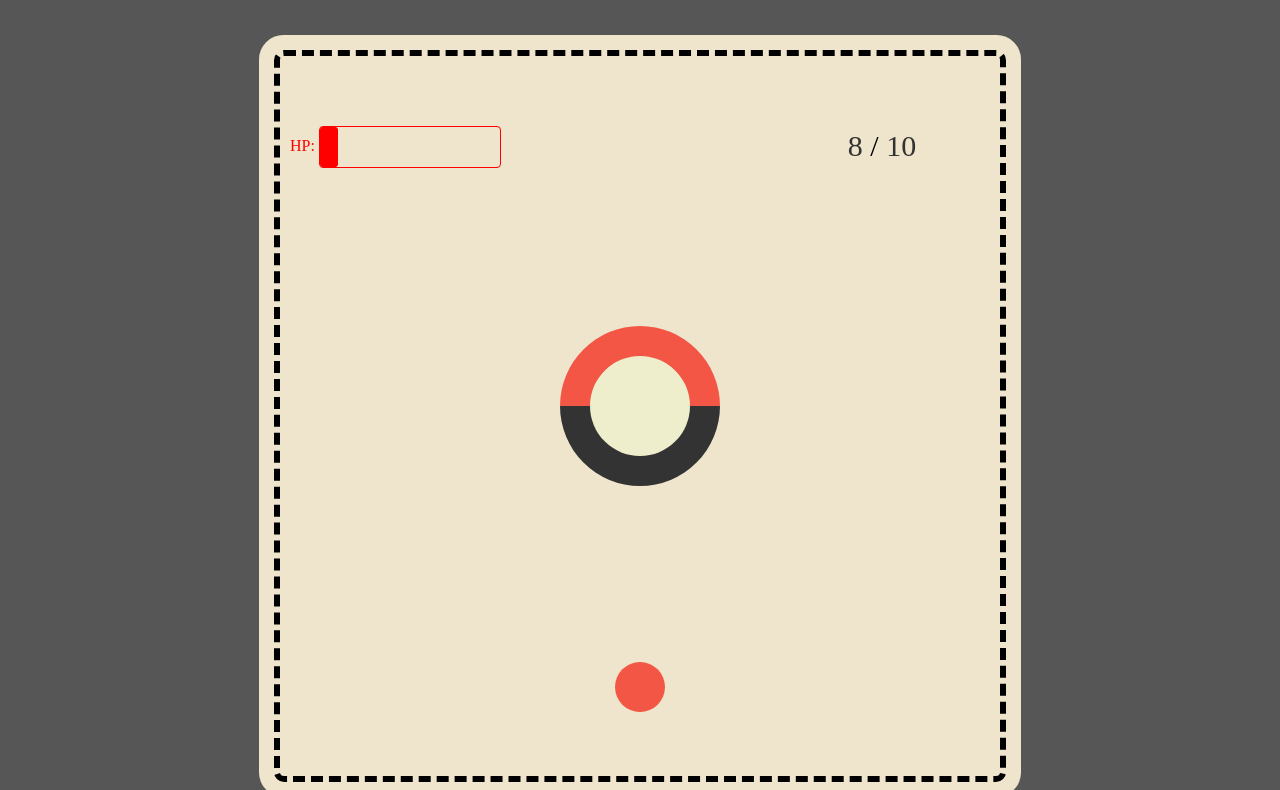
Repository: EEETA/ball-game
Page: theBall2/index.html
These files come from the project's save history. The page is drawn as it stood at one moment and after the next save; the edit follows.
The browser window is 1280 px wide. The pictures show the whole page.
After loading, the first visible `button.start` was clicked once.

Above is the page before, as saved 2018-07-29 17:05:21.

### theBall2/index.html
<!DOCTYPE html>
<html lang="en">
<head>
    <meta charset="UTF-8">
    <title>theBall</title>
	<link rel="stylesheet" href="style/index.css">
    <script src="js/jquery-1.8.3.min.js"></script>
	<script src="js/jquery.rotate.min.js"></script>
</head>
<body>
    <section class="box">
        <!-- 旋转div -->
        <section class="ball ballZhuan">
            <div class="redPart_box">
                <div class="redPart"></div>
            </div>
            <div class="blackPart_box">
                <div class="blackPart"></div>
            </div>
            <div class="middlePart"></div>
        </section>
        <div class="ball2"></div>

        <section class="idx_pattern">
            <!-- 主界面-游戏模式 -->
        </section>
        <section class="idx_intro">
            <!-- 主界面-游戏玩法 -->
        </section>

        <section class="game_mask">
        <!-- 游戏界面-娱乐模式遮罩提示层 -->
        </section>
        <div class="arrow">
            <!-- 升级效果 -->
        </div>
        <section class="game_shootBox">
            <!-- 游戏界面-小球发射 -->
        </section>
        <section class="game_fraction">
            <!-- 游戏界面-分数血量显示 -->
        </section>
        <section class="game_hanlder">
            <!-- 游戏界面-结束模块 -->
        </section>
    </div>

    <script src="data/data.js"></script>
    <script>
        const patternLen = pattern.length;
        const idxPattern = document.querySelector('.idx_pattern');
        const idxIntro = document.querySelector('.idx_intro');
        const gameShootBox = document.querySelector('.game_shootBox');
        const gameFraction = document.querySelector('.game_fraction');
        const gameHanlder = document.querySelector('.game_hanlder');
        const gameMask = document.querySelector('.game_mask');
        var my=[];
        /*主界面-游戏模式*/
        for(var i=0;i<patternLen;i++){
            let idxPatternMain=`<div class="playWrap">
                                    <div class="playTit"> ${pattern[i].patternName} </div>
                                    <div class="playIntroduce">
                                        <div class="playIntroduceTxt">1.通关条件 <span style="color:#EE8E4E"> ${pattern[i].explain.condition} </span></div>
                                        <div class="playIntroduceTxt">2. ${pattern[i].explain.produce} </div>
                                    </div>
                                    <button class="start">START</button>
                                </div>`
            idxPattern.innerHTML+=idxPatternMain;
        }
        /*主界面-游戏玩法*/
        let produceTxt=`<div class="introTxt">
                            <div>
                                1.按空格键/AD可旋转 <img src="img/img1.png" alt="" class="sizeOne">
                            </div>
                            <div>
                                2.当<img src="img/img2.png" alt="" class="sizeOne">掉落时,根据模式将 <img src="img/img1.png" alt="" class="sizeOne"> 旋转到对应的颜色即可得1分,反之<span style="color:red">HP-1</span>
                            </div>
                            <div>
                                3.进入游戏后，每个玩家血量为5,右上角为分数面板 <img src="img/img3.png" alt="" class="sizeTwo"> 左侧为当前分数,右侧为当前关卡上限,分数达到上限即可进入下一关
                            </div>
                        </div>
                        <button class="introTxtBtn">游戏玩法</button>`
        idxIntro.innerHTML=produceTxt;



        /*游戏界面-小球发射*/
        let gameShootBoxMain=`<div class="top">
                                    <div class="div_middle"></div>
                                </div>
                                <div class="bottom">
                                    <div class="div_middle"></div>
                                </div>
                                <div class="left">
                                    <div class="div_middle"></div>
                                </div>
                                <div class="right">
                                    <div class="div_middle"></div>
                                </div>`
        gameShootBox.innerHTML+=gameShootBoxMain;
        /*游戏界面-分数血量显示*/
        let gameFractionMain=`<div class="life">HP:
                                    <div class="hp_div">
                                        <div class="hp_div_main"></div>
                                    </div>
                                </div>
                                <div class="fraction">
                                    <span class="fraction_left"></span>
                                    /
                                    <span class="fraction_right"></span>
                                </div>`
        gameFraction.innerHTML=gameFractionMain;
        /*游戏界面-结束模块*/
        let gameHanlderMain=`<div class="interface">
                                <div class="over">Game Over</div>
                                <div class="success">成功通关</div>
                            </div>
                            <div class="button_box">
                                <button class="button_left">再玩一次</button>
                                <button class="button_right">返回大厅</button>
                            </div>`
        gameHanlder.innerHTML=gameHanlderMain;
        /*游戏界面-娱乐模式遮罩提示层*/
        let gameMaskMain=`<div class="Mask_span">
                                <span>按A键向左转</span>
                                <span>按D键向右转</span>
                            </div>
                            <span class="Mask_p">- 按空格键继续 -</span>`
        gameMask.innerHTML=gameMaskMain;
    </script>
    <script src="js/index.js"></script>
    <script src="js/animation.js"></script>
</body>
</html>

### theBall2/style/index.css
@charset "UTF-8";
/**
 * @date  2017-10-01 19:56:58
 * @name  Elderly EEETA
 */
html{background: #565656;}
body{-webkit-user-select:none;-moz-user-select:none;-ms-user-select:none; user-select:none;}
input{border: none;outline: none;-webkit-tap-highlight-color: #000000;-webkit-tap-highlight-color: rgba(0, 0, 0, 0);}
button{outline: none;}

.box{
    position: relative;
    margin: 50px auto 0;
    overflow: hidden;
    width: 1080px;
    height: 720px;
    background: #eee5cc;
    border: 6px dashed #000;
    box-shadow: 0 0 0 15px #eee5cc;
    border-radius: 10px;
}
/*两种小球制作*/
.ball{
    position: relative;
    width: 160px;
    height: 160px;
    margin:60px auto 0;
    /* transform:rotate(0deg);
    -ms-transform:rotate(0deg);
    -moz-transform:rotate(0deg);
    -webkit-transform:rotate(0deg);
    -o-transform:rotate(0deg); */
    opacity:1
}
.redPart_box,.blackPart_box{
    height: 50%;
    overflow:hidden;
}
.redPart,.blackPart{
    position: relative;
    height: 160px;
    width: 160px;
    border-radius:50%
}
.redPart{background: #f45646;}
.blackPart{background: #333;top:-100%}
/* .redPart{background: #ff9b9b;}
.blackPart{background: #2aa1a7;top:-100%} */
.middlePart{
    position: absolute;
    left: 30px;
    top: 30px;
    width: 100px;
    height:100px;
    border-radius: 50%;
    background:#eec;
}
.ballZhuan{
    animation-name:rotate;
    animation-iteration-count: infinite;
    animation-duration: 4s;
    animation-timing-function: linear;
}
@keyframes rotate{
    0%{
        transform:rotate(0deg)
    }
    100%{
         transform:rotate(360deg)
    }
}


.top,.bottom{position: absolute;width: 100%;height: 50px;}
.left,.right{position: absolute;width: 50px;height: 662px}
.left{left: -50px}
.right{right: -50px}
.top{top: -50px}
.bottom{bottom:-50px}
.left .div_middle,.right .div_middle{position: absolute;top: 106px;}
.div_middle{width: 50px;height: 50px;margin: 0 auto;position: relative;}
.div_ball{height:50px;width: 50px;background:#f45646;border-radius: 50%;position: absolute;top: 0;left: 0}
.ball_middle{height: 75px;width:75px;border-radius: 50%;background: #333;opacity:0.5;position: absolute;top: calc(50% - 37px);left:calc(50% - 37px)}

.game_fraction{
    width: 100%;
    height: 80px;
    top:50px;
    position: absolute;
    display: none;
}
.life{width: 60%;height: 100%;display: inline-block;line-height: 80px;text-indent: 10px;color:#f00;}
.fraction{width: 30%;height: 100%;text-align: center;line-height: 80px;float: right;margin-right: 10px;font-size: 30px;}
.fraction span{color:#333;}
.firworks{width: 4px;height: 4px;position: absolute;border-radius: 50%}
.over,.success{position: absolute;top:43%;font-size: 60px;opacity:0;z-index: 30;width: 100%;text-align: center;}
.arrow{height: 300px;width: 500px;position: absolute;top: calc(50% - 150px);left: calc(50% - 250px);}
.arrow span{font-size: 30px;color: #333;position: absolute;left: calc(50% - 145px);top: 150px;opacity: 0;height: 100px;width: 300px;text-align: center;}
 .img{height:80px;width: 30px;position: absolute;}

.ball2{
    width: 0;
    height: 0;
    border-top:20px solid #f45646;
    border-bottom: 20px solid #333;
    border-left:20px solid #efa97a;
    border-right:20px solid #6dd3ce;
    border-width: 86px;
    position: absolute;
    top: calc(50% - 90px);
    left: calc(50% - 85px);
    opacity: 0;
    /* z-index: 10;
    transform:rotate(0deg); */
    /* border-radius: 50%; */
}

.button_box{
    position: absolute;
    left:0;
    right:0;
    bottom:45px;
    margin:0 auto;
    width: 380px;
    display: none;
    opacity: 0;
}
.button_left,.button_right{
    height: 46px;
    width: 150px;
    background:#333;
    border-radius:3px;
    font-size: 24px;
    color:#fff;
    cursor:pointer;
    border:none;
}
.button_left:hover,.button_right:hover{background: #f45646;}
.button_left{float:left;}
.button_right{float:right;}


/************************************游戏玩法***********************************/
.introTxtBtn{
    position: absolute;
    bottom: 34px;
    font-size: 20px;
    cursor:pointer;
    z-index: 1000;
    left: calc(50% - 50px);
    height: 40px;
    width: 100px;
    text-align: center;
    line-height: 40px
}
.introTxtBtn:hover{
    background: #333;
    color: #fff;
}
.introTxt{
    width: 500px;
    height: 530px;
    left: calc(50% - 250px);
    top: calc(50% - 300px);
    line-height: 40px;
    background: #fff;
    border-radius: 5px;
    display: none;
    z-index: 1001;
    position: absolute;
}
.sizeOne,.sizeTwo{
    position:relative;
    top: 10px;
}
.sizeOne{width: 40px;}
.sizeTwo{width: 80px;}
.introTxt div{margin:30px auto;width: 90%;font-size: 24px}
.introTxt p{display: inline-block;}



.hp_div{display: inline-block;width: 180px;height: 40px;border:1px solid red;vertical-align:middle;border-radius: 4px;}
.hp_div_main{height: 100%;width: 100%;background: red;border-radius: 3px;}


.game_mask{
    display: none;
    position: absolute;
    width: 100%;
    height: 100%;
    top: 0;
    left: 0;
    background: rgba(51,51,51,.5);
    font-size: 30px;
    color: #fff;
    z-index: 1;
}
.Mask_span{
    position: absolute;
    top:calc(50% - 100px);
    opacity: 1;
    width: 100%;
    text-align: center;
    line-height: 100px;
}
.Mask_span span{
    display: block;
}
.Mask_p {
    position: absolute;
    bottom: 150px;
    width: 100%;
    text-align: center;
    font-size:40px;
    color: #000;
    animation-name:opacity;
    animation-iteration-count: infinite;
    animation-duration: 1.8s;
}
@keyframes opacity{
    0%{
        opacity:0
    }
    50%{
        opacity: 1
    }
    100%{
        opacity:0
    }
}


/*playFour*/
.idx_pattern{
    overflow:auto;
    position: relative;
    margin: 0 auto;
    width: 90%;
    margin-top: 90px;
}
.playWrap{
    overflow: hidden;
    position: relative;
    float:left;
    width: 32%;
    height: 280px;
    background:#fff;
    color:#333;
    border-top: 30px solid;
}
.playWrap:nth-child(2){margin: 0 2%;}
.playWrap:hover{
    background: rgba(255,255,255,.7)
}
.playTit{
    /* width: 100%; */
    border-bottom: 1px solid #000;
    font-size: 24px;
    line-height: 50px;
    text-indent: 10px;
}
.playIntroduce{
    font-size: 18px;
    text-align: left;
    line-height: 30px;
    margin: 0 auto;
    width: 94%;
}
.start{
    position:absolute;
    bottom:0;
    left:0;
    right:0;
    width: 200px;
    height: 46px;
    background: #EE8E4E;
    color: #fff;
    outline: none;
    margin: 0 auto 20px;
    cursor: pointer;
    border: none;
}
.start:hover{background: rgba(51,51,51,1)}

### theBall2/data/data.js

/*
patternName：模式名称
explain：游戏说明
condition：过关条件
produce：关卡介绍
tip：其他
*/
var pattern=[
    {
        patternName:'标准模式',
        explain:{
            condition:'100分',
            produce:'关卡为5个，得满100分即为通关',
            tip:''
        }
    },
    {
        patternName:'颠倒模式',
        explain:{
            condition:'60分',
            produce:'关卡为3个，小球撞击位置需与发球相反，游戏难度随得分增加',
            tip:''
        }
    },
    {
        patternName:'娱乐模式',
        explain:{
            condition:'无',
            produce:'关卡不限，游戏难度随得分增加',
            tip:''
        }
    }
]
var gameInit=[
    {
        hp:1,
        hp_box:10,
        fraction:0,
        toplimit:10,

    }
]
// var gameHanlder={
//     gameOver="Game Over",
//     gameSuccess="游戏通关",
// }

### theBall2/js/index.js
/**

 * @date  2017-10-01 20:37:27
 * @name  Elderly
 */
// var time=new Date();
var numList,
background,
num,
box_num,
hp,/*当前血量*/
hp_box,//总血量
fail_hp,/*当前血量*/
fractionNow,//得分
fractionNeed,//升级需要得分
speed,
delayed,
num_number,
box_num_number,
direction,
box,
interval,
this_ball,
switch_1,
switch_2,
switch_3,
negative,
numbox,
ttSet;

switch_1=0;
switch_2=0;
switch_3=0;
numList=0;
negative=0;
delayed=0;
speed=1200;
degree=-180;/*旋转度数*/
interval=300;/*旋转时间差*/
num_number=2;
box_num_number=2;
ttSet=300;
box=$('.ball');

const idxW=1080;/*主界面宽高*/
const idxH=720;
const gameW=720;/*游戏宽高*/
const gameH=720;

const start=document.querySelectorAll('.start');
let again;/*再来一次时用来判断模式*/

window.onload=function(){
    $('.ball').addClass("ballZhuan");
    $(".introTxtBtn").mouseover(function(){ $('.introTxt').stop().fadeIn(400);})
	$(".introTxtBtn").mouseout(function(){ $('.introTxt').stop().fadeOut(400);})
    choose();
}

function choose(){//进入对应模式
	for(let i=0;i<start.length;i++){
        start[i].onclick=function(){
            $('.idx_pattern').fadeOut(300);
            $('.introTxtBtn').fadeOut(300);
            again=i;
            initInfo(i);
            ball(i);
        }
	}
}

function initInfo(numberMode){
    hp=1;
    hp_box=10;
    fail_hp=hp*100/hp_box;
    fractionNow=8;
    if(!numberMode){fractionNeed=10;}
    else{fractionNeed="∞";}

    /*颠倒模式互换颜色*/
	if(numberMode==1){
		$('.redPart').css('background','#333');
		$('.blackPart').css('background','#f45646');
    }

	// if(numberMode==2){
	// 	speed=1400;
	//     numList=-360;
	//     num_number=4;
	//     box_num_number=4;
	//     degree=-90;
	// 	delayed=1100;
	// }
	// if(again==2&&switch_2==1){
	// 	box.rotate({
    //         animateTo:numList-180,
    //         duration:450,
    //     });
	// }
    $('.fraction_left').html(fractionNow);
    $('.fraction_right').html(fractionNeed);
    $('.hp_div_main').animate({width:fail_hp+"%"});
}

function ball(numberMode){
    // setTimeout(function(){
		box_animation(gameW,gameH,500);
   		$('.game_fraction').fadeIn(500);
     	$('.ball').animate({top:'210px'},500,function(){
            $(this).removeClass("ballZhuan");
            if(numberMode!=2){
            	$(this).rotate({animateTo:0,duration:600});
            	numList=-180;
            }
            // else if(numberMode==2&&switch_2==0){
            // 	if(switch_3){
        	// 		rotate_transition(".ball",".ball2");
            // 		appendball('.div_middle');
            // 		switch_2=1;
            // 	}else{
            //         Mask();
            //         rotate_transition(".ball",".ball2");
            // 	}
            // }
        	setTimeout(function(){
        		appendball(numberMode);
        	},600)
    	})
	// },ttSet)
}

/*关卡设置*/
// function levelUp(numberMode){
// 	if(numberMode==0 || numberMode==2){
// 		if(fractionNow%10==0){
// 	        callarrow("速度加快");
// 			speed-=100;
// 	        delayed=1100;
// 		}
// 	}
// 	if(numberMode==1){
// 		if(fractionNow==10){
// 	        callarrow("速度加快");
// 	        speed-=200;
// 	        fractionNeed=30;
// 	        delayed=1100;
// 		}
// 	    if(fractionNow==30){
// 	        callarrow("lalala");
// 	        speed-=100;
// 	        fractionNeed=50;
// 	        delayed=1100;
// 	    }
// 	}
// }

function appendball(numberMode){  //生成小球
    if(hp<=0){
        $('.over').animate({opacity:1},600,function(){
            $('.button_box').css('display','block');
            $('.button_box').animate({opacity:1},800,function(){
                switch_3=1;
            })});
        return;
    }
	if(numberMode==1&&fractionNow==50){
        $('.success').animate({opacity:1},600,function(){
	            $('.button_box').css('display','block')
	            $('.button_box').animate({opacity:1},800)
	        });
	    return;
   }
    if(numberMode==2){
	    box=$('.ball2');
	    return;
    }

	// levelUp(numberMode);
    $('.fraction_right').html(fractionNeed);

    ballFour=new Array();
    ballFour[0]="#f45646";
    ballFour[1]="#333";
    ballFour[2]="#efa97a";
    ballFour[3]="#6dd3ce";

    num=parseInt(Math.random()*num_number);
    box_num=parseInt(Math.random()*box_num_number);
    $('<div class="div_ball" style="background:'+ballFour[num]+';z-index:10"></div>').appendTo($('.div_middle')[box_num]);
    this_ball=$('.div_ball');
    setTimeout(function(){ballmove(this_ball,box_num,numberMode)},delayed);
}

/*小球运动*/
function ballmove(this_ball,box_num,numberMode){
    delayed=0;
    box_num < 2 ? (box_num==0 ? range=350 : range=-350) : (box_num==2 ? range=350 : range=-350);
    box_num < 2 ? direction='top' : direction='left';
    this_ball.animate(
        {[direction]:""+range+"px"},
        {duration:speed,
         easing:'linear',    // easing:'linear' 匀速直线运动
            progress:function(){
                var this_height=Math.floor($(this).offset().top)+$(this).height();
                var this_width=Math.floor($(this).offset().left)+$(this).width();
                var box_top=box.offset().top;
                var box_left=box.offset().left;
                var box_height=box.offset().top+box.height();
                var box_width=box.offset().left+box.width();

                if(box_num_number == 2){ //两个方向
                    if(box_num < 2){  //上下
                        if(range==350){  //向下
                            if(this_height>=box_top+2){
                                movejudge(this,-270,-0,-90,-180,4,numberMode);
                            }
                        }else if(range==-350){  //向上
                            if($(this).offset().top<=box_height){
                                movejudge(this,-90,-180,-270,-0,4,numberMode);
                            }
                        }
                     }
                }
                // else if(box_num_number==4){ //四个方向
                //     if(box_num < 2){  //上下
                //         if(range==350){  //向下
                //             if(this_height>=box_top+2){
                //                  movejudge(this,-270,-0,-90,-180,5,numberMode);
                //             }
                //         }else if(range==-350){  //向上
                //             if($(this).offset().top<=box_height+170){
                //                  movejudge(this,-90,-180,-270,-0,5,numberMode);
                //             }
                //         }
                //     } else if(box_num >= 2){   //左右
                //         if(range==350){    //向右
                //             if(this_width>=box_left+2){
                //                 movejudge(this,-0,-90,-180,-270,5,numberMode);
                //             }
                //         }else if(range==-350){  //向左
                //             if(this_width <= box_width+218){
                //                  movejudge(this,-180,-270,-0,-90,5,numberMode);
                //             }
                //         }
                //     }
                // }
            }
        }
    )
}


/*再来一遍&&返回大厅*/
$('.button_left').click(function(haha,gameInit){
    $('.over,.success,.button_box').animate({opacity:0},200);
    $('.button_box').css('display','none');

	speed=1200;
    ttSet=0;
    initInfo(again);
    ball(again);
    // if(again==2){
	//     produceFn('.div_middle');
    // }else{
    //     // produceFn(again);
    //     initInfo(again);
    //     ball(again);
    // }
});

// $('.button_right').click(function(){
// 	box_animation(idxH,idxW,500);
// 	degree=-180;
// 	negative=0;
// 	speed=1200;
//     numList=0;
// 	delayed=0;
// 	num_number=2;
// 	box_num_number=2;
// 	$('.blackPart').css('background','#333');
// 	$('.redPart').css('background','#f45646');
//     rotate_transition(".ball2",".ball");
// 	box=$('.ball');
// 	switch_2=0;
// 	if(again!=2){
// 		switch_3=0;
// 	}else{
// 		switch_3=1;
// 	}

// 	/*返回主界面*/
//    	$('.game_fraction').fadeOut(300);
//    	$('.button_box').fadeOut(300);
//     $('.over').animate({opacity:0},100);
//     $('.success').animate({opacity:0},100);
//     $('.ball').animate({top:'0px'}, 500,function(){
//         $(this).addClass("ballZhuan");
// 	})
// 	setTimeout(function(){
// 		$('.introTxtBtn').fadeIn(300);
// 		$('.idx_pattern').fadeIn(300);
//    	},800)
// })

document.addEventListener('keydown',ballPlay,false);
function ballPlay(haha){
    if(box_num_number==2&&event.keyCode==32){  //只有两种颜色
        // if(new Date()-time > interval){
            // console.log(speed);
            numList+=degree;
            box.rotate({
                animateTo: numList,
                duration:450,
            });
            // time=new Date();
        // }
    }
    // else if(box_num_number==4){  //四钟颜色
    //     if(event.keyCode==32 && switch_2==0 && switch_3==0){   //遮罩按空格
    //         switch_1=1;
    //         $('.game_mask').fadeOut(500);
    //         $('.Mask_p').fadeOut(200);
    //         $('.Mask_span').fadeOut(500);

	//       	appendball('.div_middle');
	//       	switch_2=1;
    //     }
    //     if(event.keyCode==65){   //左
    //         numList+=degree;
    //         negative=numList;
    //         if(numList>0){   //度数往右转 度数变为正数时
    //             if(numList%360==90 || numList%360==270){
    //                 negative=-numList-180;
    //             }
    //             if(numList%360==0 || numList%360==180){
    //                 negative=-negative
    //             }
    //         }
    //         box.rotate({
    //                 animateTo: numList,
    //                 duration:340,
    //         });
    //     }
    //     if(event.keyCode==68){  //右
    //         numList-=degree;
    //         if(numList<0) negative+=degree;
    //         if(numList>0) {
    //             if(numList%360==0 || numList%360==180){
    //                 negative=-numList;
    //             }
    //             if(numList%360==90 || numList%360==270){
    //                 negative=-numList-180;
    //             }
    //         };
    //         box.rotate({
    //                 animateTo: numList,
    //                 duration:340,
    //         });
    //     }
  	// }
}

Loaded but not shown: theBall2/js/jquery-1.8.3.min.js (library); theBall2/js/jquery.rotate.min.js (library); theBall2/js/animation.js (162 lines, source omitted)

After the next save:
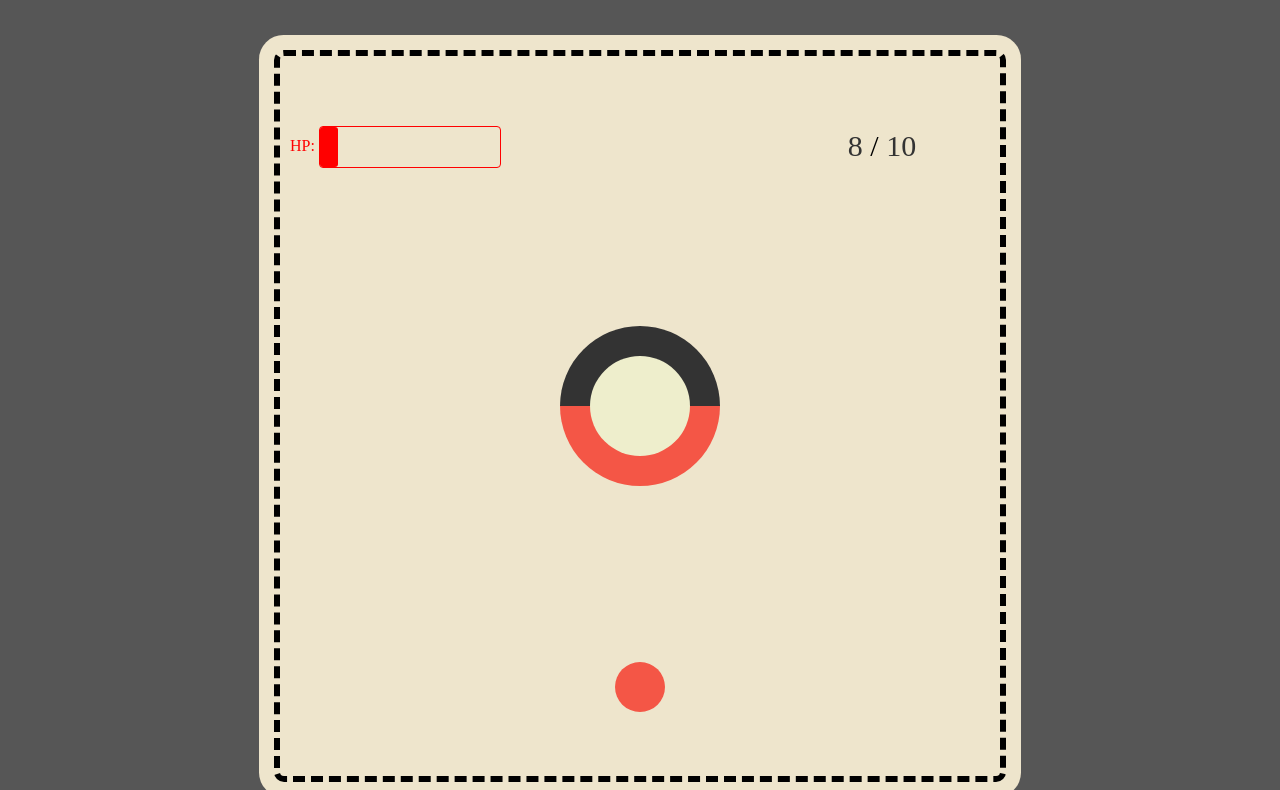
Saved 4 s later.
--- a/theBall2/js/index.js
+++ b/theBall2/js/index.js
@@ -109,7 +109,7 @@ function ball(numberMode){
      	$('.ball').animate({top:'210px'},500,function(){
             $(this).removeClass("ballZhuan");
             if(numberMode!=2){
-            	$(this).rotate({animateTo:0,duration:600});
+            	$(this).rotate({animateTo:-180,duration:600});
             	numList=-180;
             }
             // else if(numberMode==2&&switch_2==0){
